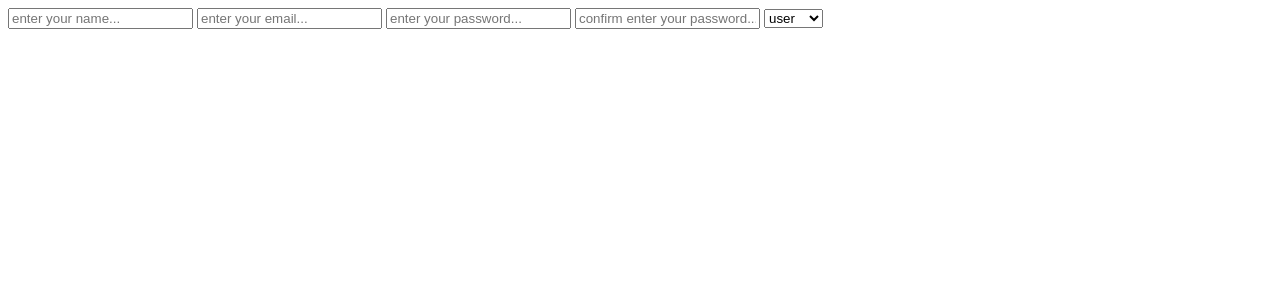
Repository: yennobita/FPT-PHP1
Page: http://localhost/user/register_form.php
These files come from the project's save history. The page is drawn as it stood at one moment and after the next save; the edit follows.
The browser window is 1280 px wide. The pictures show the whole page.
The page is run by PHP 8.4 with error messages shown; the project is at /var/www/html/.

Above is the page before, as saved 2022-07-24 21:15:50.

### ASM_PHP1/user/register_form.php
<!DOCTYPE html>
<html lang="en">
<head>
    <meta charset="UTF-8">
    <meta http-equiv="X-UA-Compatible" content="IE=edge">
    <meta name="viewport" content="width=device-width, initial-scale=1.0">
    <title>Form-container</title>
</head>
<body>
    <div class="form-container">
        <form action="" method="post">
            <input type="text" name="name" require placeholder="enter your name...">
            <input type="email" name="email" require placeholder="enter your email...">
            <input type="password" name="password" require placeholder="enter your password...">
            <input type="password" name="password" require placeholder="confirm enter your password...">
            <select name="user_type" >
                <option value="user">user</option>
                <option value="admin">admin</option>
            </select>
        </form>
    </div>
</body>
</html>

After the next save:
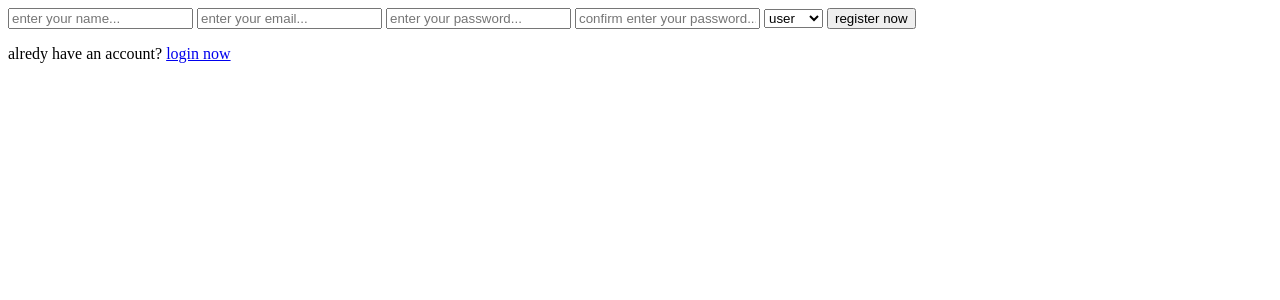
Saved 3 min 11 s later.
--- a/ASM_PHP1/user/register_form.php
+++ b/ASM_PHP1/user/register_form.php
@@ -17,6 +17,8 @@
                 <option value="user">user</option>
                 <option value="admin">admin</option>
             </select>
+            <input type="submit" name="submit" value="register now" class="form-btn">
+            <p>alredy have an account? <a href="/user/login_form.php">login now</a></p>
         </form>
     </div>
 </body>
